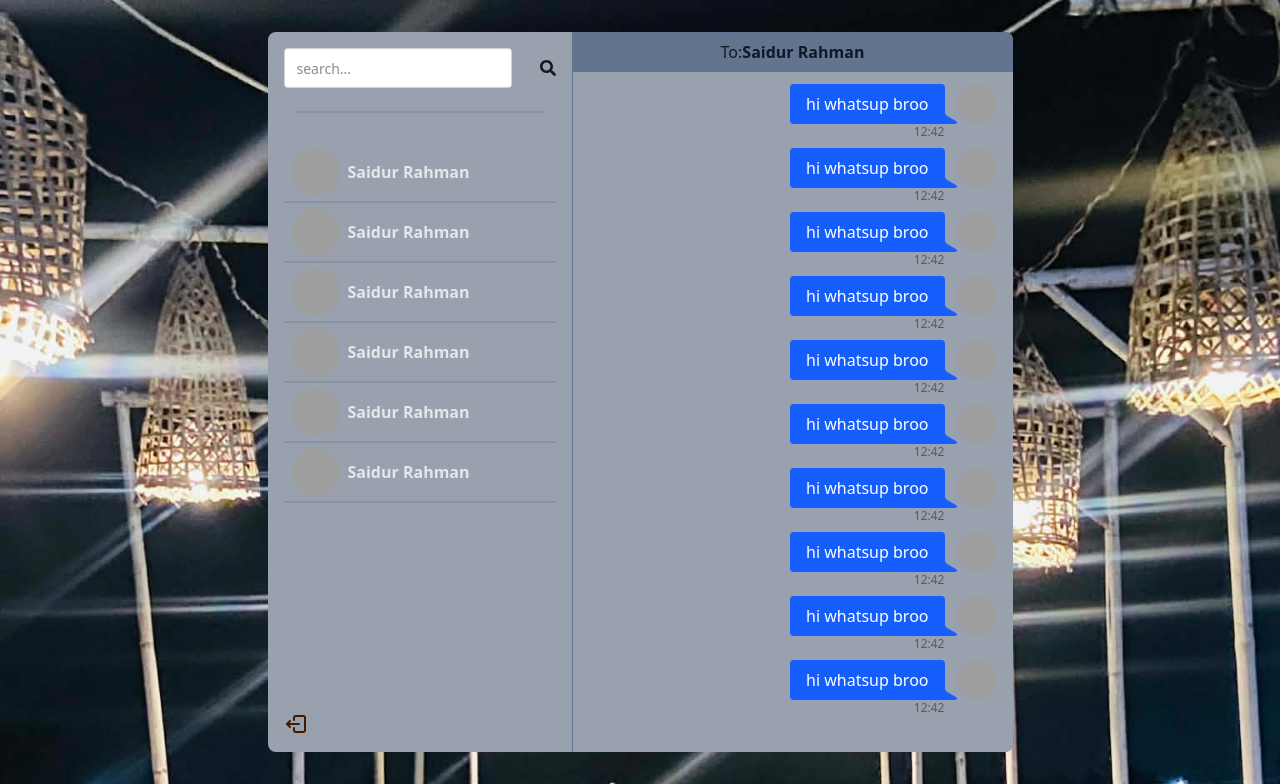
Repository: ridhukhan/chatapp
Page: / (app in frontend/)
These files come from the project's save history. The page is drawn as it stood at one moment and after the next save; the edit follows.
The browser window is 1280 px wide. The pictures show the whole page.
Pictures or frames that could not be fetched are drawn as grey boxes. An inner scrolling area shows only its first screen. Backgrounds fixed to the window are drawn as part of the page. The project was rebuilt for these pictures with package versions that can differ from the ones it lists, and the page was loaded fresh each time. Also part of the build but not shown: frontend/vite.config.js, frontend/src/Pages/login/Login.jsx, frontend/src/Pages/signup/GendarCheckbox.jsx, frontend/src/Pages/signup/SignUp.jsx.

Above is the page before, as saved 2025-12-25 18:58:46.

After the next save:
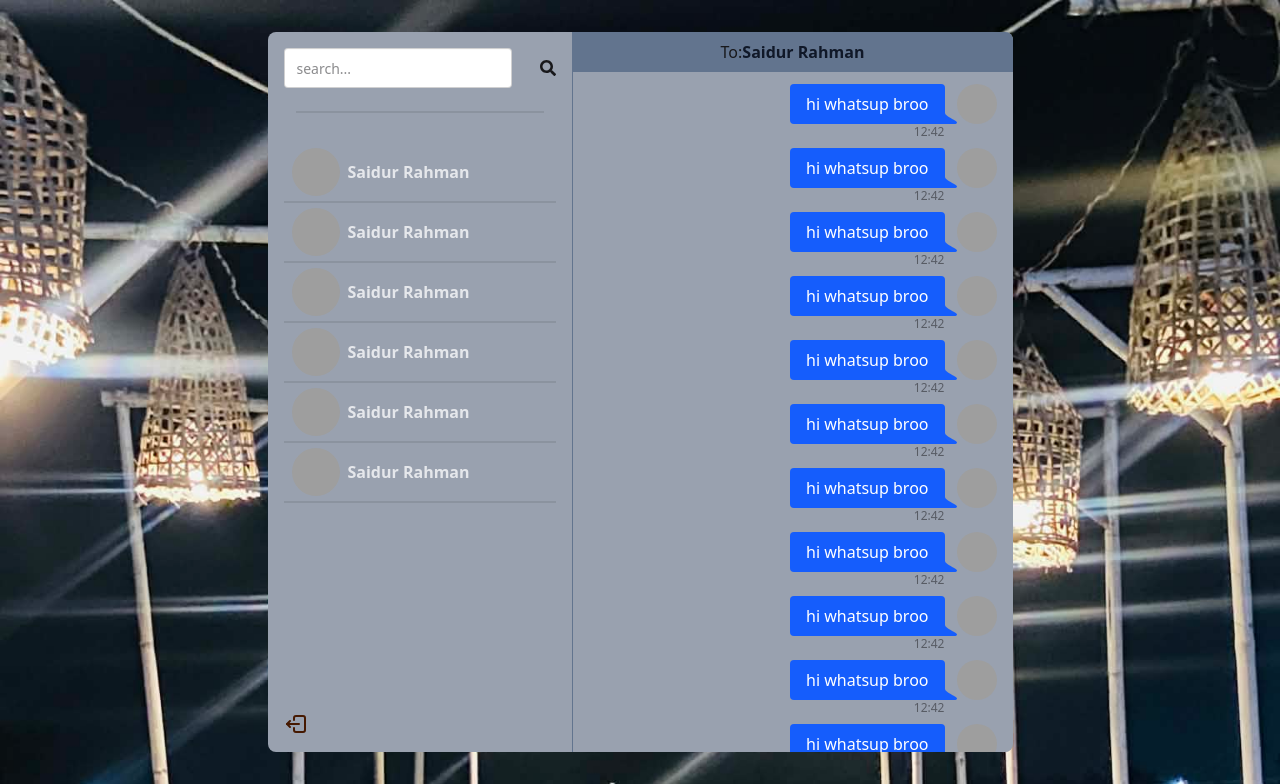
Saved 5 s later.
--- a/frontend/src/Components/messages/Messages.jsx
+++ b/frontend/src/Components/messages/Messages.jsx
@@ -5,6 +5,14 @@ const Messages = () => {
   return (
     <div className='  px-4 flex-1 overflow-y-auto'>
 
+<Message/>
+<Message/>
+<Message/>
+<Message/>
+<Message/>
+<Message/>
+<Message/>
+<Message/>
 <Message/>
 <Message/>
 <Message/>
